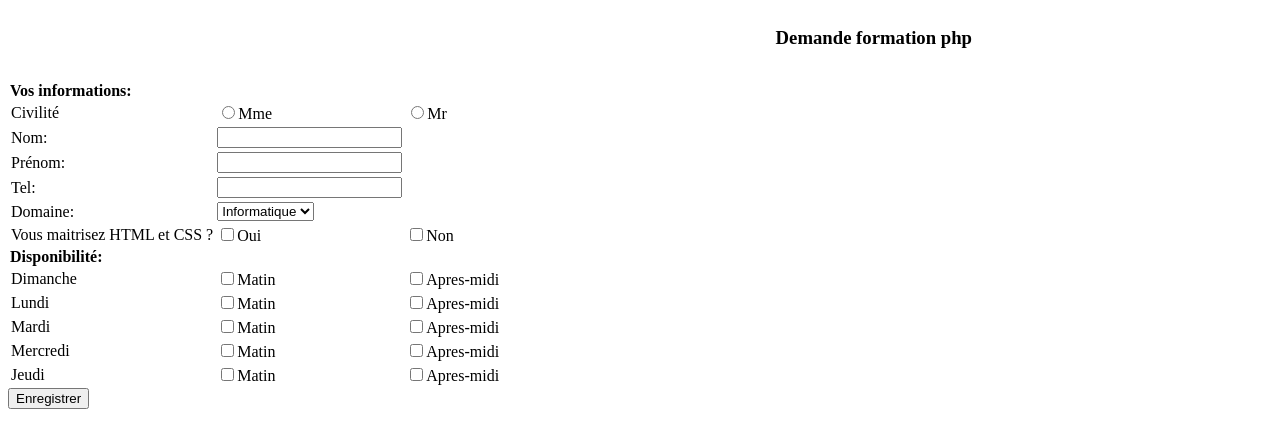
Repository: imouahrani/Gestion-des-stagiaires_JAVAEE
Page: http://localhost/LoginProjet/FormulaireInscription.jsp
An editor plug-in stored every save of this project. The page is shown before and after the next save, followed by the edit.
The browser window is 1280 px wide. The pictures show the whole page.
The page is served by Tomcat 9. The template is opened directly, without the code that normally fills it, so the values that code supplies are empty.

Above is the page before, as saved 2018-08-02 10:51:43.

After the next save:
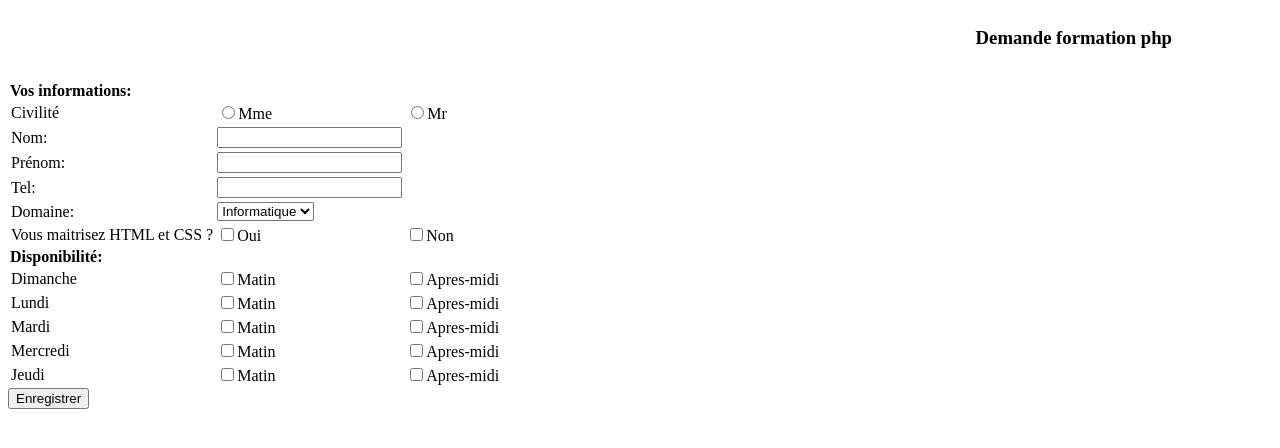
Saved 37 s later.
--- a/Formation Java Entreprise Edition/LoginProjet/WebContent/FormulaireInscription.jsp
+++ b/Formation Java Entreprise Edition/LoginProjet/WebContent/FormulaireInscription.jsp
@@ -18,7 +18,7 @@
 	</b>
 
 	<form action="TraiteInscription" method="post">
-		<h3 style="float: right; padding-right: 300px;">Demande formation
+		<h3 style="float: right; padding-right: 100px;">Demande formation
 			php</h3>
 		<br> <br>
 

After the save that followed:
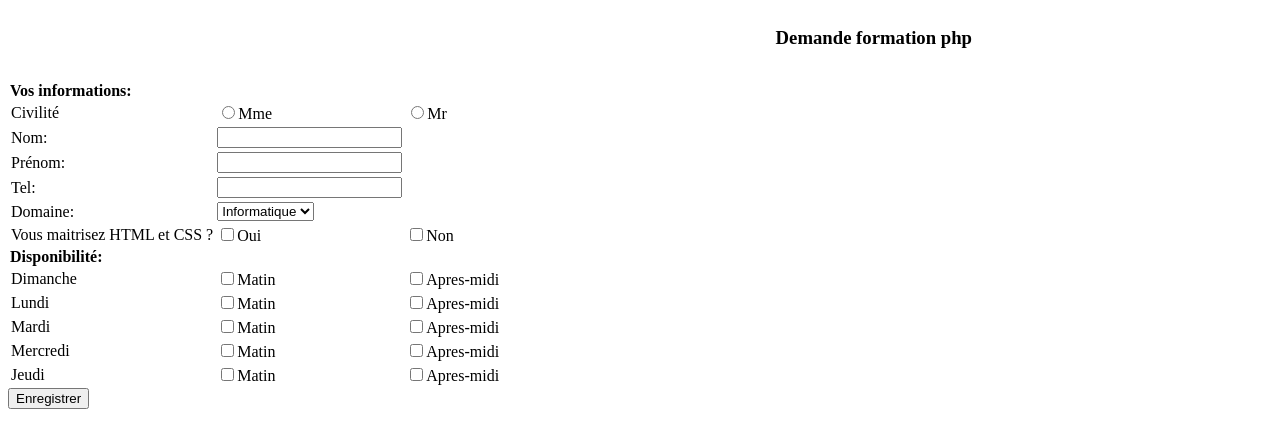
Saved 24 s later.
--- a/Formation Java Entreprise Edition/LoginProjet/WebContent/FormulaireInscription.jsp
+++ b/Formation Java Entreprise Edition/LoginProjet/WebContent/FormulaireInscription.jsp
@@ -18,7 +18,7 @@
 	</b>
 
 	<form action="TraiteInscription" method="post">
-		<h3 style="float: right; padding-right: 100px;">Demande formation
+		<h3 style="float: right; padding-right: 300px;">Demande formation
 			php</h3>
 		<br> <br>
 
